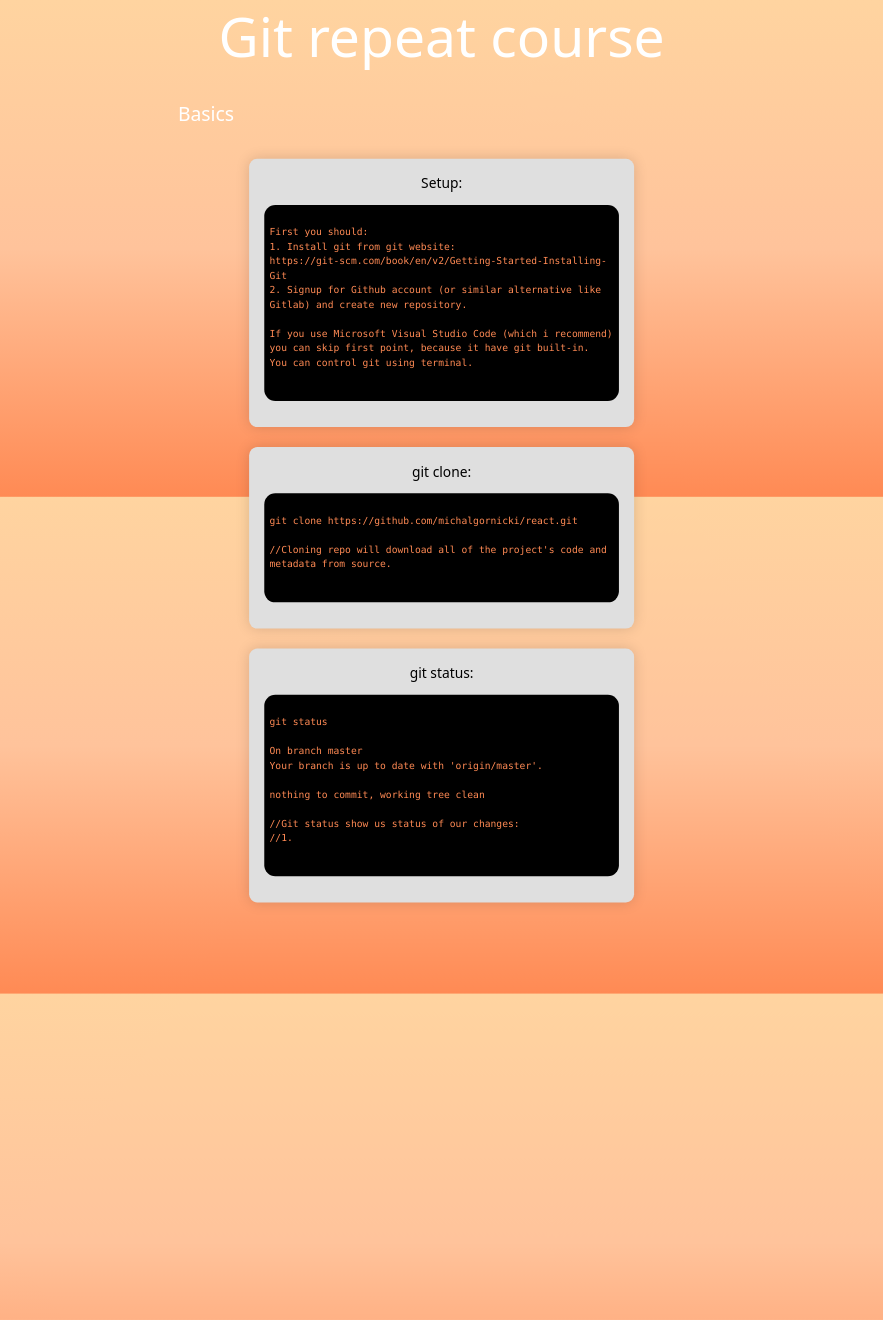
Repository: michalgornicki/git
Page: /
An editor plug-in stored every save of this project. The page is shown before and after a run of saves, followed by the edit.
The browser window is 1280 px wide. The pictures show the whole page, at 69% of full size.
Backgrounds fixed to the window are drawn as part of the page. The project was rebuilt for these pictures with package versions that can differ from the ones it lists, and the page was loaded fresh each time. Imported but missing from the stored project, and not drawn on this page: src/components/DOM manipulation.jsx, src/components/async.jsx, src/components/loops.jsx, src/components/numbers.jsx, src/components/variables.jsx, src/components/window.jsx.

Above is the page before, as saved 2022-02-10 08:02:49.

After the next 6 saves:
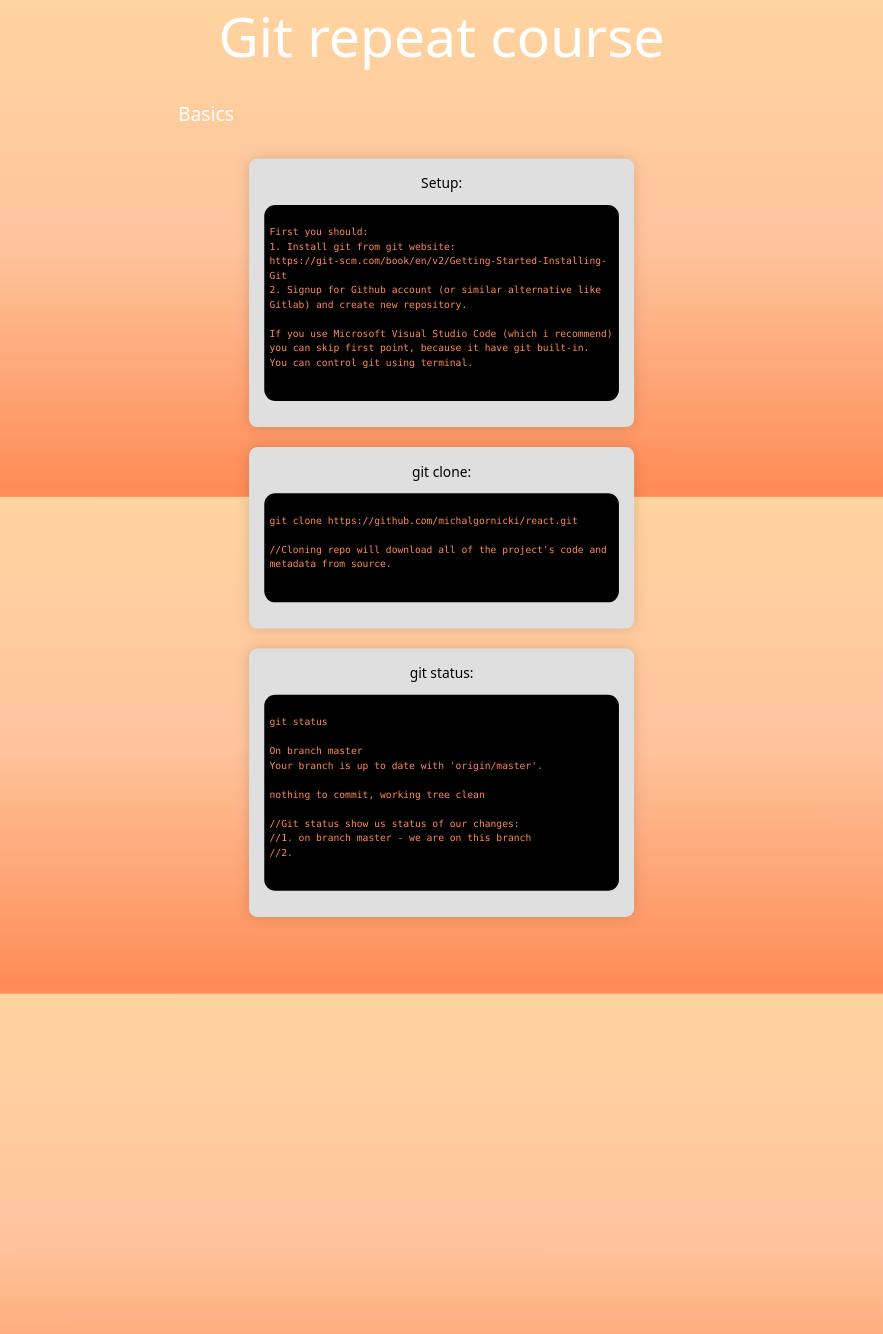
The 6 saves are shown as one change because they came seconds apart.
The last was saved 19 s later.
--- a/src/components/arrays.jsx
+++ b/src/components/arrays.jsx
@@ -42,7 +42,8 @@ Your branch is up to date with 'origin/master'.
 nothing to commit, working tree clean
 
 //Git status show us status of our changes:
-//1.
+//1. on branch master - we are on this branch
+//2.
           `}</pre>
           </div>
       </div>
